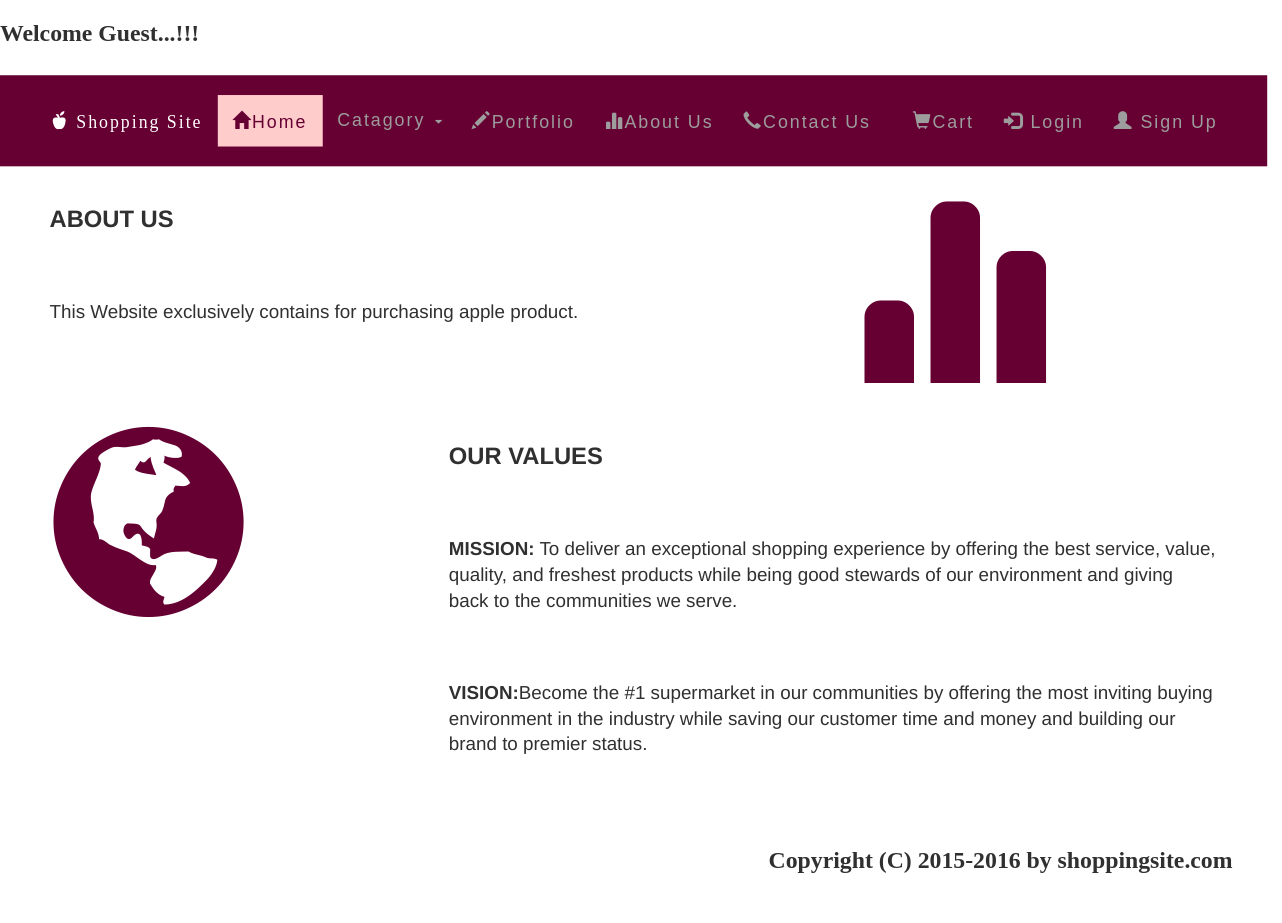
Repository: priyasuthakar/priya
Page: http://localhost/Apple/WEB-INF/views/about.jsp
An editor plug-in stored every save of this project. The page is shown before and after the next save, followed by the edit.
The browser window is 1280 px wide. The page is 1295 px wide, so the pictures cover 1295 px, including what lies to the right of the window. The pictures show the whole page, at 99% of full size.
The page is served by Tomcat 9. Nobody is signed in. The template is opened directly, without the code that normally fills it, so the values that code supplies are empty.

Above is the page before, as saved 2016-08-23 05:08:42.

After the next save:
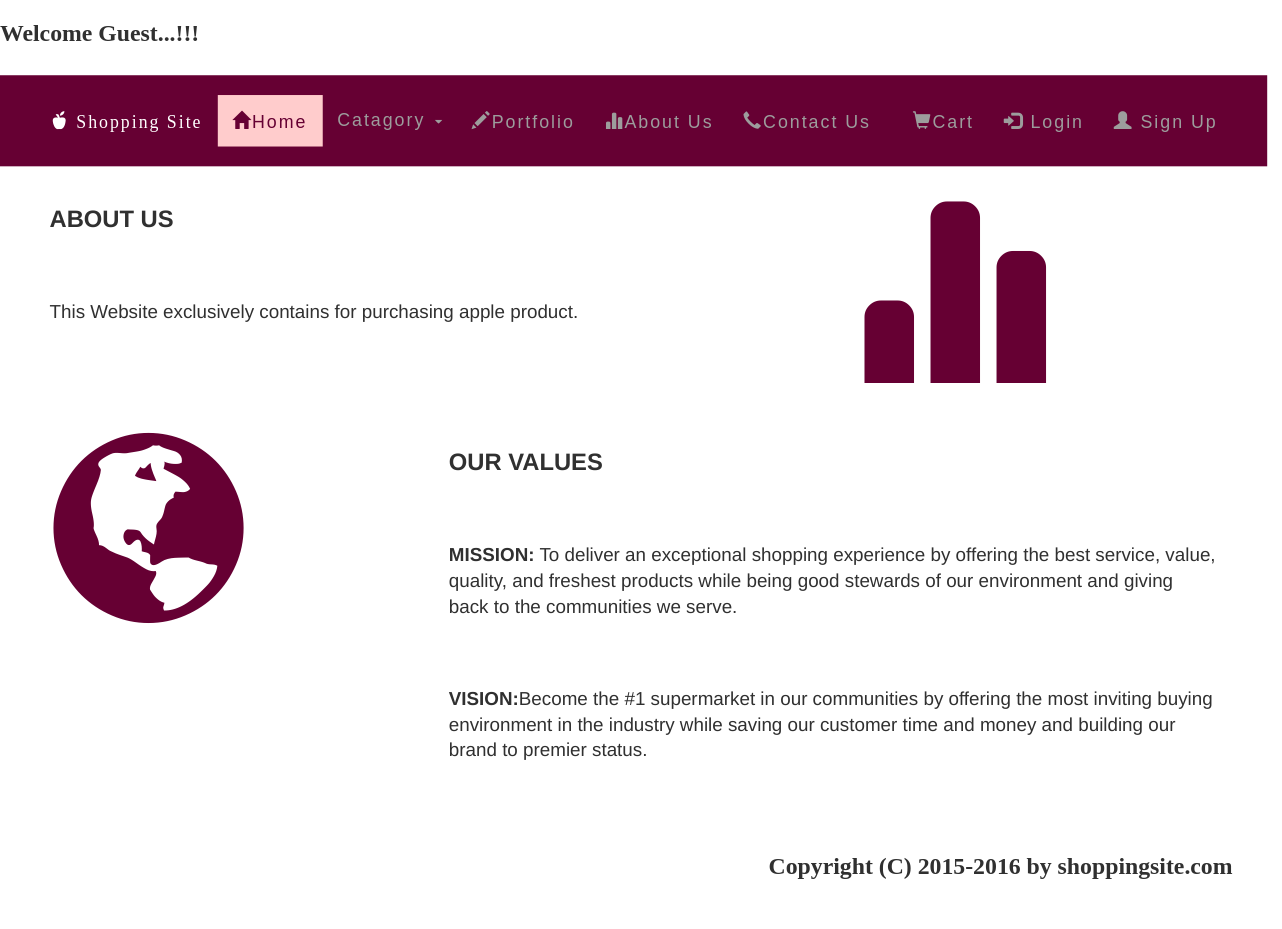
Saved 1 s later.
--- a/Apple/src/main/webapp/WEB-INF/views/about.jsp
+++ b/Apple/src/main/webapp/WEB-INF/views/about.jsp
@@ -5,7 +5,6 @@
 <%@ taglib uri="http://www.springframework.org/tags/form" prefix="form"%>
 <%@ page session="false"%>
 <%@page isELIgnored="false"%>
-<%@include file="Header.jsp"%>
 <!DOCTYPE html>
 <html lang="en">
 <head>
@@ -186,6 +185,7 @@ footer .glyphicon {
 
 <body id="myPage" data-spy="scroll" data-target=".navbar"
 	data-offset="60">
+	<%@include file="/WEB-INF/views/Header.jsp"%>
 <!-- Container (About Section) -->
 	<div id="about" class="container-fluid">
 		<div class="row">
